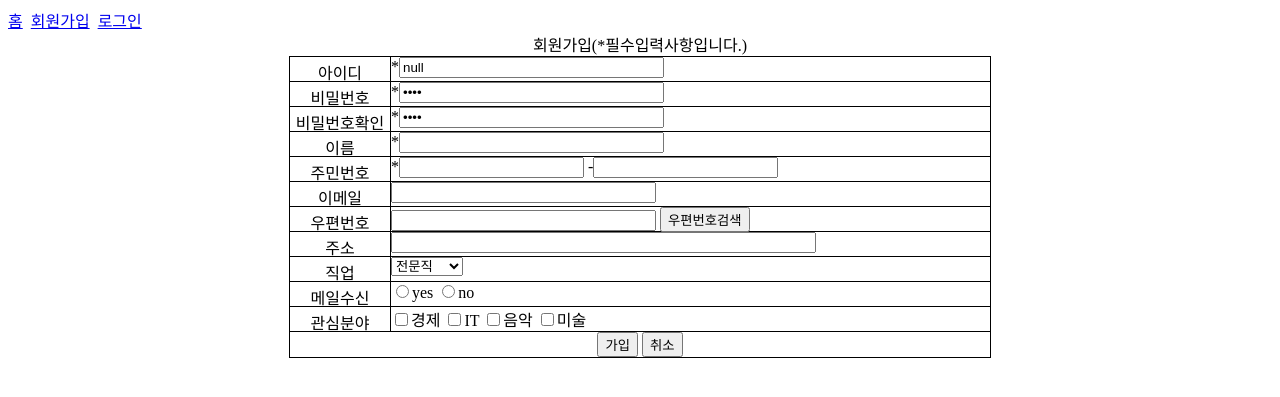
Repository: kms2413/project
Page: http://localhost/homepage/member/update.jsp
The author's editor kept a copy of each file at every save. The page is drawn from the files as they stood at one save, then again after the next save.
The browser window is 1280 px wide. The pictures show the whole page.
The page is served by Tomcat 9.

Above is the page before, as saved 2014-09-15 07:35:44.

After the next save:
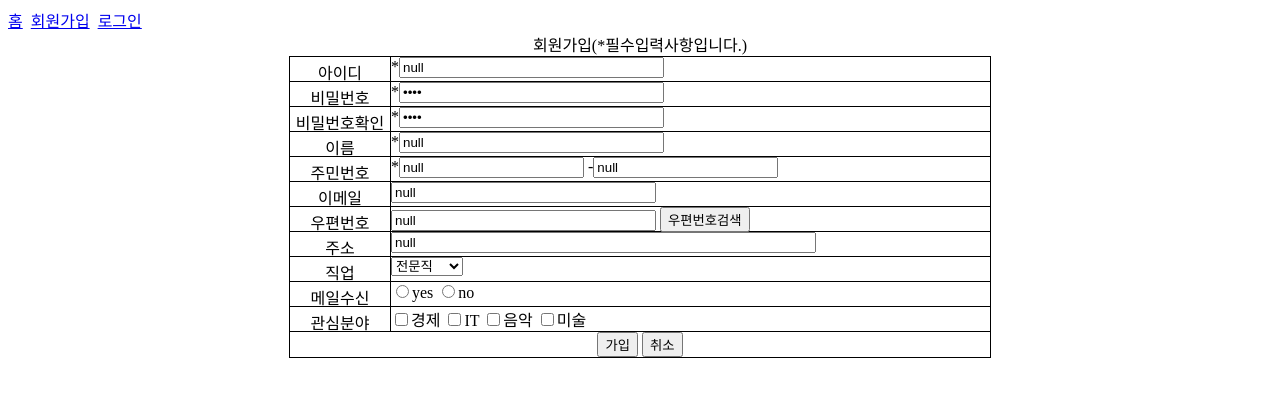
Saved 38 s later.
--- a/homepage/WebContent/member/update.jsp
+++ b/homepage/WebContent/member/update.jsp
@@ -47,29 +47,29 @@
             <div class=border_div>
                <div class=border_box_left>이름</div>
                <div class=border_box_right>
-                  <span>*<input type="text" name="name"  size="30"/></span>
+                  <span>*<input type="text" name="name" value = "<%=name %>" size="30"/></span>
                </div>
             </div>
 
             <div class=border_div>
                <div class=border_box_left>주민번호</div>
                <div class=border_box_right>
-                  <span>*<input type="text" name="jumin1"  size="20"/></span>
-                  <span>-<input type="text" name="jumin2"  size="20"/></span>
+                  <span>*<input type="text" name="jumin1"value = "<%=jumin1 %>"  size="20"/></span>
+                  <span>-<input type="text" name="jumin2"value = "<%=jumin2 %>"  size="20"/></span>
                </div>
             </div>
 
             <div class=border_div>
                <div class=border_box_left>이메일</div>
                <div class=border_box_right>
-                  <span><input type="text" name="email"  size="30"/></span>
+                  <span><input type="text" name="email" value = "<%=email %>" size="30"/></span>
                </div>
             </div>
 
             <div class=border_div>
                <div class=border_box_left>우편번호</div>
                <div class=border_box_right>
-                  <span><input type="text" name="zipcode"  size="30"/></span>
+                  <span><input type="text" name="zipcode" value = "<%=zipcode %>" size="30"/></span>
                   <span><input type="button" value="우편번호검색" onclick = "zipcodeRead()"></span>
                </div>
             </div>
@@ -77,7 +77,7 @@
             <div class=border_div>
                <div class=border_box_left>주소</div>
                <div class=border_box_right>
-                  <span><input type="text" name="address"  size="50"/></span>
+                  <span><input type="text" name="address" value = "<%=address %>" size="50"/></span>
                </div>
             </div>
 
